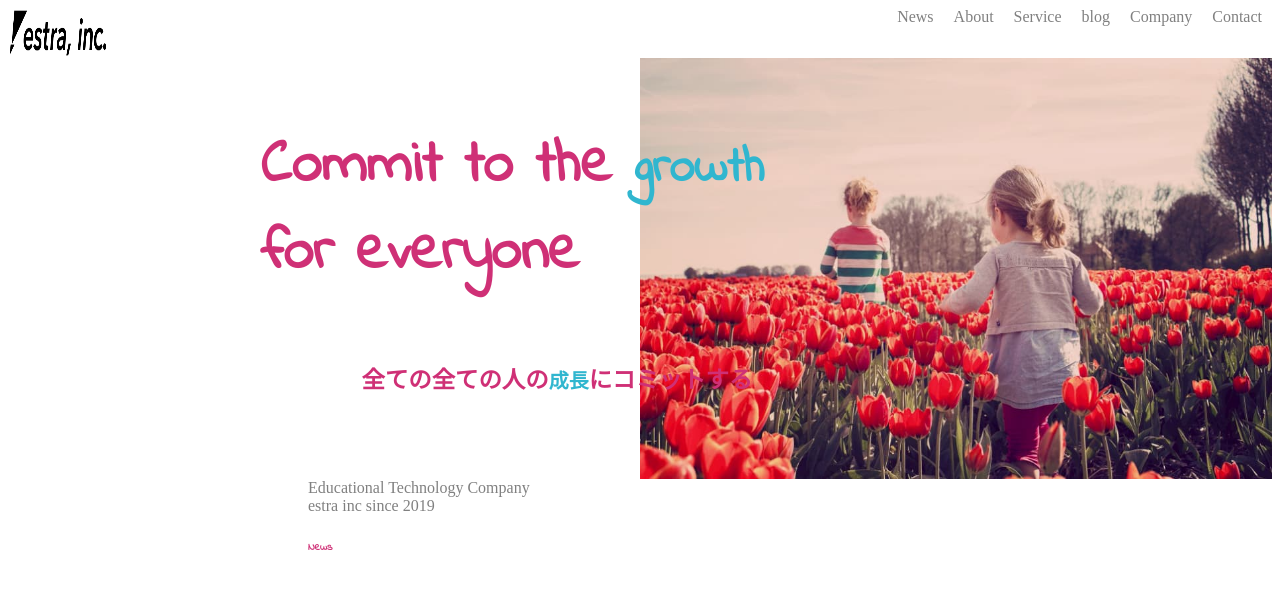
Repository: sigemasaasuka/20210902
Page: index.html
The author's editor kept a copy of each file at every save. The page is drawn from the files as they stood at one save, then again after the next save.
The browser window is 1280 px wide. The pictures show the whole page.

Above is the page before, as saved 2021-09-08 17:36:24.

After the next save:
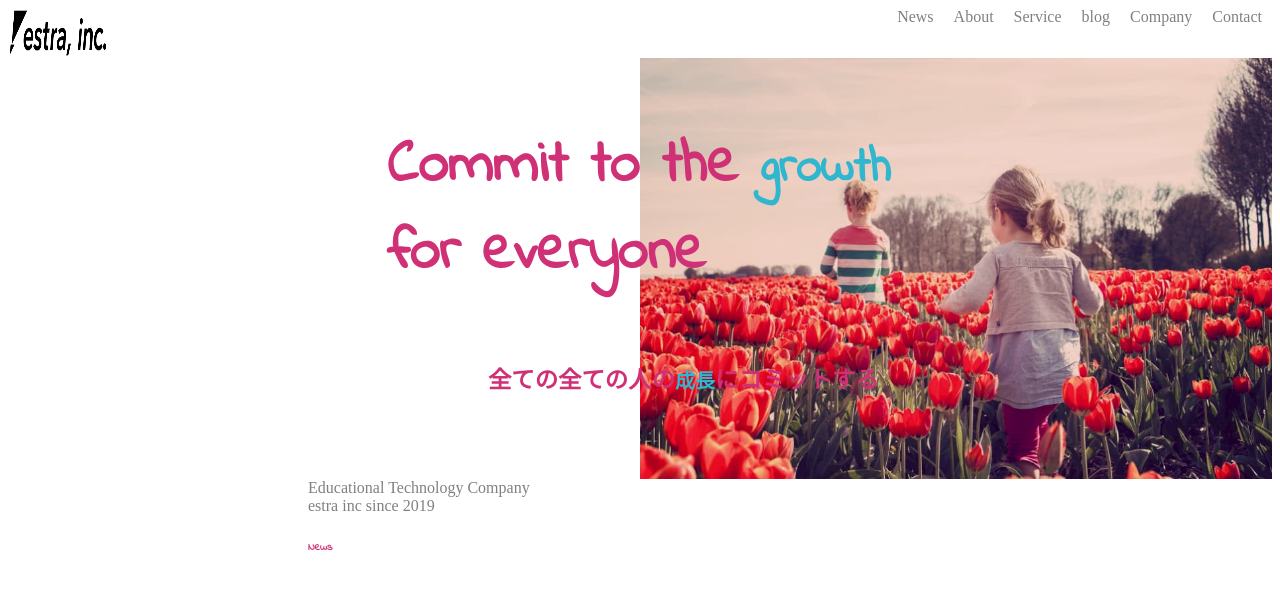
Saved 4 s later.
--- a/css/style.css
+++ b/css/style.css
@@ -29,7 +29,7 @@
 .example {
   position: absolute;
   top: 5%;
-  left: 20%;
+  left: 30%;
   font-size: 30px;
   color: #cf3076;
   font-family: "Indie Flower", cursive;
